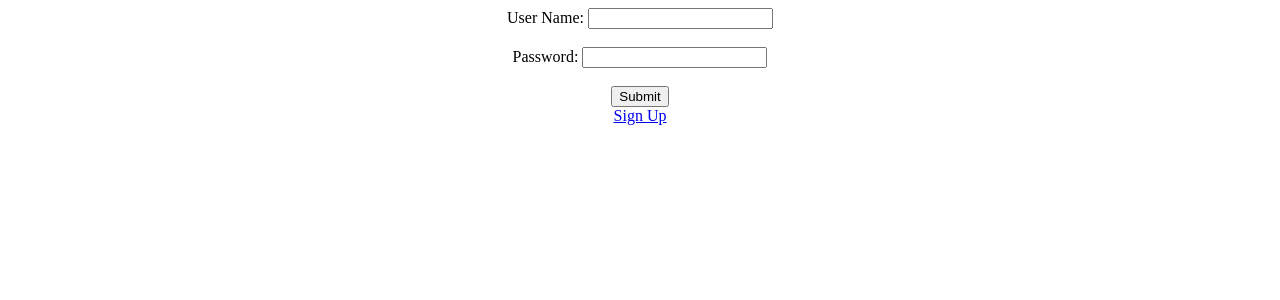
Repository: HariharanMiracle/CodeComplexity
Page: http://localhost/Paf_assignment/login.jsp
The author's editor kept a copy of each file at every save. The page is drawn from the files as they stood at one save, then again after the next save.
The browser window is 1280 px wide. The pictures show the whole page.
The page is served by Tomcat 9.

Above is the page before, as saved 2019-04-30 01:39:37.

After the next save:
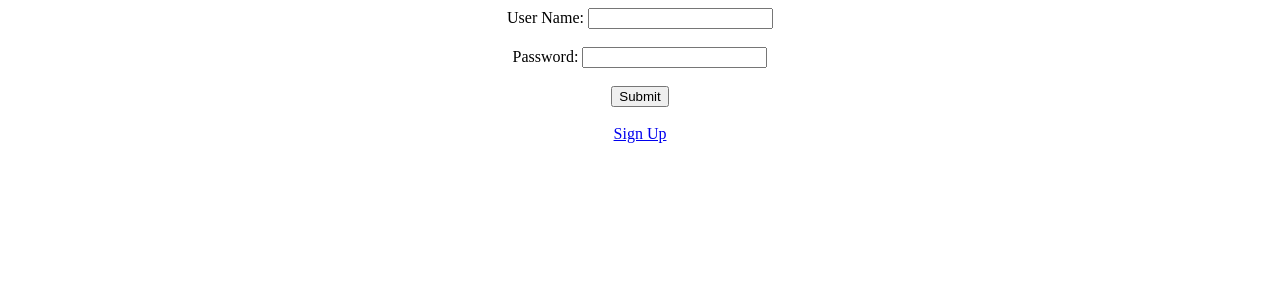
Saved 4 s later.
--- a/Paf_assignment/WebContent/login.jsp
+++ b/Paf_assignment/WebContent/login.jsp
@@ -28,7 +28,7 @@
 						<input type = "text" name = "username"/><br/><br/>
 						<label>Password: </label>
 						<input type = "password" name = "password"/><br/><br/>
-						<input type = "submit" value = "Submit"/><br/>
+						<input type = "submit" value = "Submit"/><br/><br/>
 						<a href = "Register.jsp">Sign Up</a>
 					</form>
 					</div>
